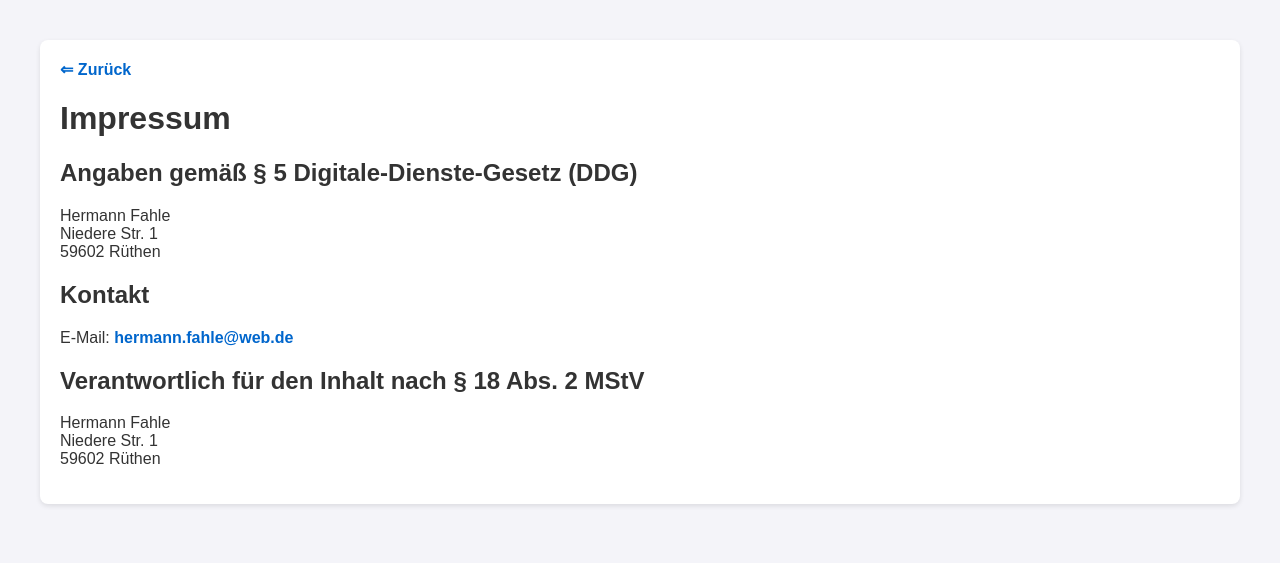
Repository: h-fahle/h-fahle.github.io
Page: impressum.html
An editor plug-in stored every save of this project. The page is shown before and after the next save, followed by the edit.
The browser window is 1280 px wide. The pictures show the whole page.

Above is the page before, as saved 2026-05-24 12:58:35.

### impressum.html
<!DOCTYPE html>
<html lang="de">
<head>
    <meta charset="UTF-8">
    <meta name="viewport" content="width=device-width, initial-scale=1.0">
    <title>Dokumentenübersicht</title>
    <style>
        body {
            margin: 0;
            font-family: Arial, sans-serif;
            display: flex;
            flex-direction: column;
            min-height: 100vh;
            background-color: #f4f4f9;
            color: #333;
        }
        footer {
            margin-top: auto; /* Drückt den Footer an den unteren Rand */
            background-color: #f1f1f1;
            text-align: center;
        }
        .container {
            background: #fff;
            margin: 40px;
            padding: 20px;
            border-radius: 8px;
            box-shadow: 0 2px 5px rgba(0,0,0,0.1);
        }
        ul {
            list-style-type: none;
            padding: 0;
        }
        li {
            margin: 15px 0;
        }
        a {
            text-decoration: none;
            color: #0066cc;
            font-weight: bold;
        }
        a:hover {
            text-decoration: underline;
        }
    </style>
</head>
<body>

    <div class="container">
        <a href="javascript:history.back()">⇐ Zurück</a>

        <h1>Impressum</h1>
        <h2>Angaben gemäß § 5 Digitale-Dienste-Gesetz (DDG)</h2>
        <p>Hermann Fahle<br>Niedere Str. 1<br>59602 Rüthen</p>
        <h2>Kontakt</h2>
        <p>E-Mail: <a href="mailto:hermann.fahle@web.de">hermann.fahle@web.de</a></p>
        <h2>Verantwortlich für den Inhalt nach § 18 Abs. 2 MStV</h2>
        <p>Hermann Fahle<br>Niedere Str. 1<br>59602 Rüthen</p>
    </div>

</body>
</html>

After the next save:
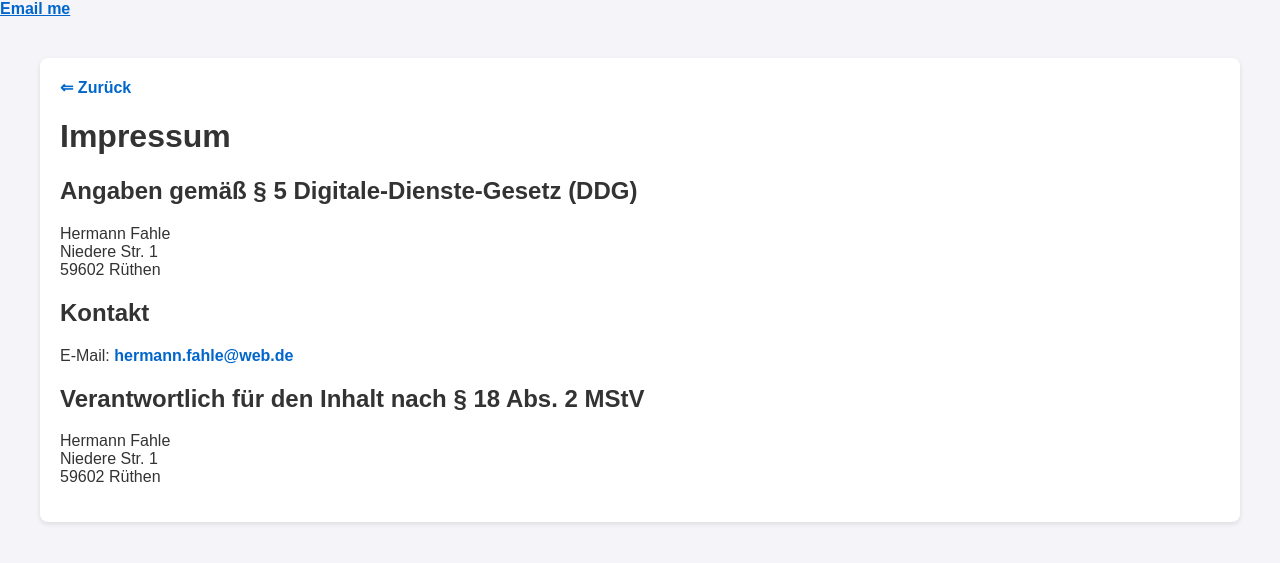
Saved 88 min 13 s later.
--- a/impressum.html
+++ b/impressum.html
@@ -42,6 +42,14 @@
             text-decoration: underline;
         }
     </style>
+    <script type="text/javascript">
+    <!--/* Generated by www.email-encoder.com */
+    for(var gcswrw=["bQ","YQ","YQ","Ig","Pg","bA","cg","Zg","aQ","YQ","aA","cw","YQ","YQ","dA","PQ","QA","ZQ","Lw","dA","PA","IA","bA","YQ","Pg","bw","aw","bQ","IA","bQ","Zw","ZQ","cg","bQ","ZQ","aQ","Ig","bA","aQ","cA","Lg","Og","bQ","RQ","PA","YQ","bw","bg","Lg","YQ","Yw"],orysxd=[36,25,1,8,38,12,4,6,42,49,3,23,16,22,18,7,27,46,48,13,47,2,43,30,50,14,21,45,44,9,28,5,26,40,19,11,37,32,31,24,20,15,29,39,0,10,35,17,33,41,34],nerera=new Array,i=0;i<orysxd.length;i++)
+        nerera[orysxd[i]]=gcswrw[i];
+    for(var i=0;i<nerera.length;i++)
+        document.write(atob(nerera[i]+"=="));
+    // --></script>
+    <noscript>Please enable JavaScript to see the email address (<a href="https://www.email-encoder.com/enablejs/" target="_blank" rel="noopener noreferrer">How-to</a>).</noscript>
 </head>
 <body>
 
